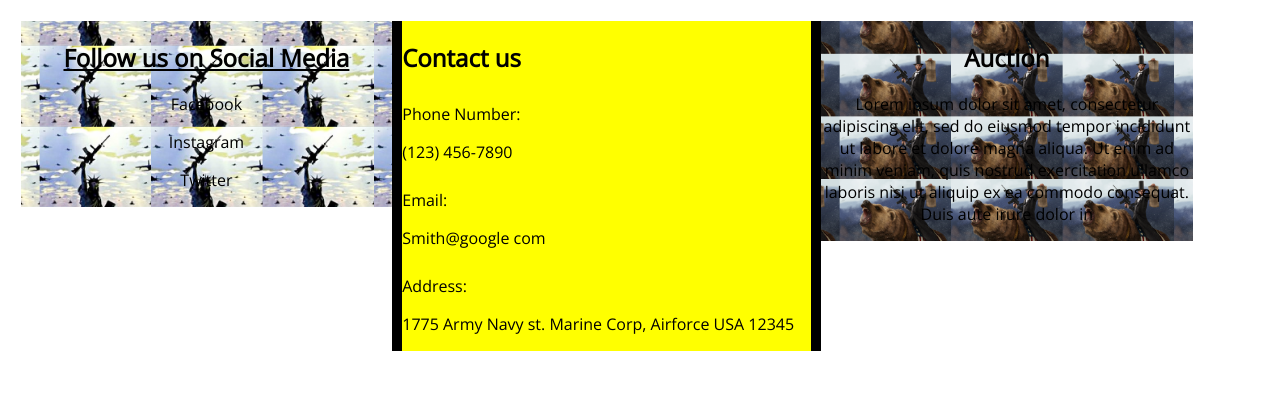
Repository: 3EyEdRav3n/10-2020-cohort-course
Page: week-1/Week-1 Assignment/index.html
These files come from the project's save history. The page is drawn as it stood at one moment and after the next save; the edit follows.
The browser window is 1280 px wide. The pictures show the whole page.

Above is the page before, as saved 2020-11-01 22:00:27.

### week-1/Week-1 Assignment/index.html
<!DOCTYPE html>
<html lang="en">
  <head>
    <meta charset="UTF-8" />
    <meta name="viewport" content="width=device-width, initial-scale=1.0" />
    <link rel="stylesheet" href="./styles.css" />
    <link
      href="https://fonts.googleapis.com/css2?family=Open+Sans&display=swap"
      rel="stylesheet"
    />
    <link
      href="https://fonts.googleapis.com/css2?family=Open+Sans&family=Roboto+Slab:wght@500&display=swap"
      rel="stylesheet"
    />

    <title>VetTech</title>
  </head>
  <body>
    <div class="container">
      <div class="left-col">
        <h2 style="text-decoration:underline;">Follow us on Social Media</h2>
        <p>Facebook</p>
        <p>Instagram</p>
        <p>Twitter</p>
      </div>
      <div class="center-col">
        <h2 style="text-decoration: bold;">Contact us</h2>
        <p class="ph">Phone Number:
          <p>(123) 456-7890</p>
        </p>
        <p class="em">Email:
          <p>Smith@google com</p>
        </p>
        <p class="add">
          Address:
          <p>1775 Army Navy st. Marine Corp, Airforce USA 12345</p>
        </p>
      </div>
      <div class="right-col">
        <h2>Auction</h2>
        <p>
          Lorem ipsum dolor sit amet, consectetur adipiscing elit, sed do
          eiusmod tempor incididunt ut labore et dolore magna aliqua. Ut enim ad
          minim veniam, quis nostrud exercitation ullamco laboris nisi ut
          aliquip ex ea commodo consequat. Duis aute irure dolor in
        </p>
      </div>
    </div>
  </body>
</html>

### week-1/Week-1 Assignment/styles.css

.container{
        box-sizing: border-box;
        font-family: 'Open Sans', sans-serif;
        min-height:100%;
        padding: 1%;
}
.left-col{
        background-image: url("/images/liberty.jpg");
        background-position: bottom center;
        background-size: 30%;
        background-color: #cccccc;
        float: left;
        text-align: center;
        width: 30%;
}
.center-col{
        background-color: yellow;
        border-left: 10px solid;
        border-right: 10px solid;
        float: left;
        padding: 0px;
        text-align: left;
        width: 33%;
}
.right-col{
        background-image: url("/images/lincoln.jpg");
        background-position: bottom center;
        background-size: 30%;
        background-color: #cccccc;
        float: left;
        text-align: center;
        width: 30%;

}
.ph{
        padding-top: 10px;
        padding-bottom: 0px;
        text-align: left;
}
.em{
        padding-top: 10px;
        padding-bottom: 0px;
        text-align: left;
}
.add{
        padding-top: 10px;
        padding-bottom: 0px;
        text-align: left;
}


h1 {
        font-family: 'Open Sans', sans-serif;
}

After the next save:
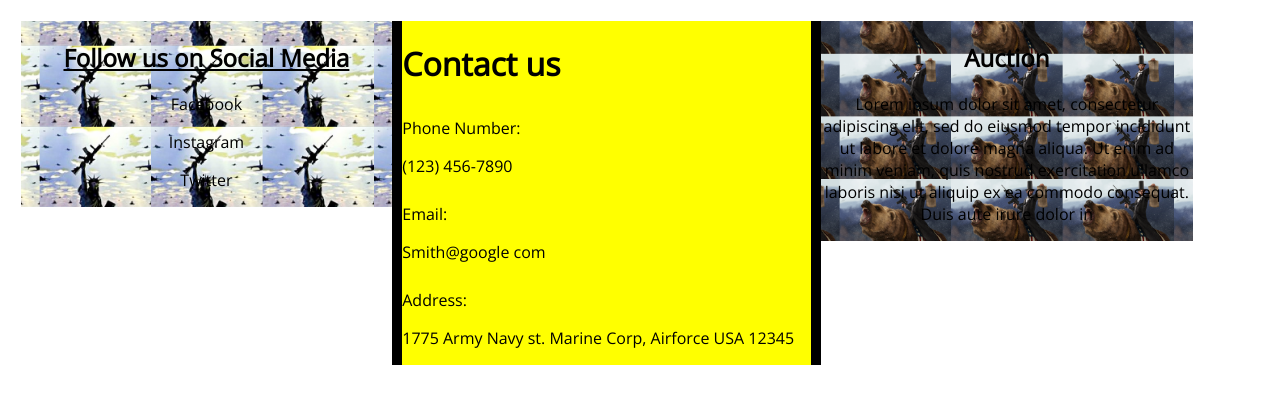
Saved 20 s later.
--- a/week-1/Week-1 Assignment/index.html
+++ b/week-1/Week-1 Assignment/index.html
@@ -24,7 +24,7 @@
         <p>Twitter</p>
       </div>
       <div class="center-col">
-        <h2 style="text-decoration: bold;">Contact us</h2>
+        <h1 style="text-decoration: bold;">Contact us</h1>
         <p class="ph">Phone Number:
           <p>(123) 456-7890</p>
         </p>
